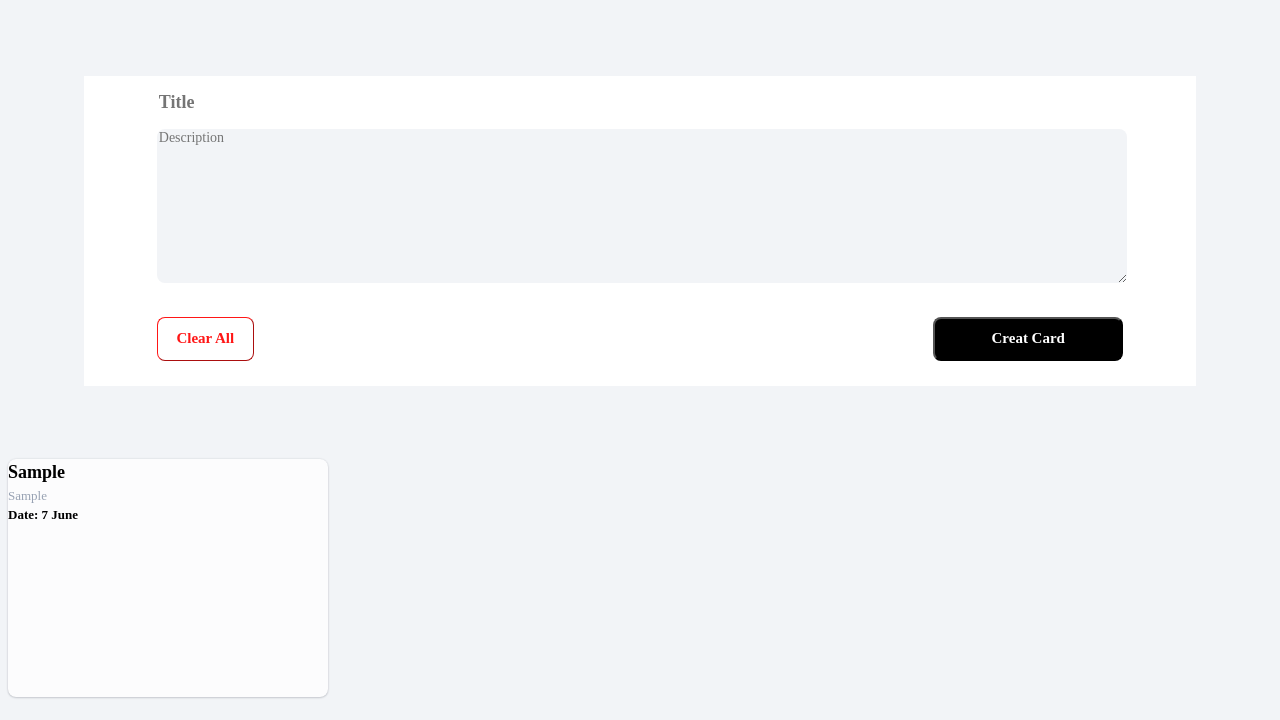
Repository: ReyhanehRahmani/TO-DO
Page: index.html
An editor plug-in stored every save of this project. The page is shown before and after the next save, followed by the edit.
The browser window is 1280 px wide. The pictures show the whole page.
Empty fields were first filled with sample values (such as "Sample", 5 or name@example.com).
After loading, the first visible `#creatbut` was clicked once.

Above is the page before, as saved 2025-06-08 10:32:19.

After the next save:
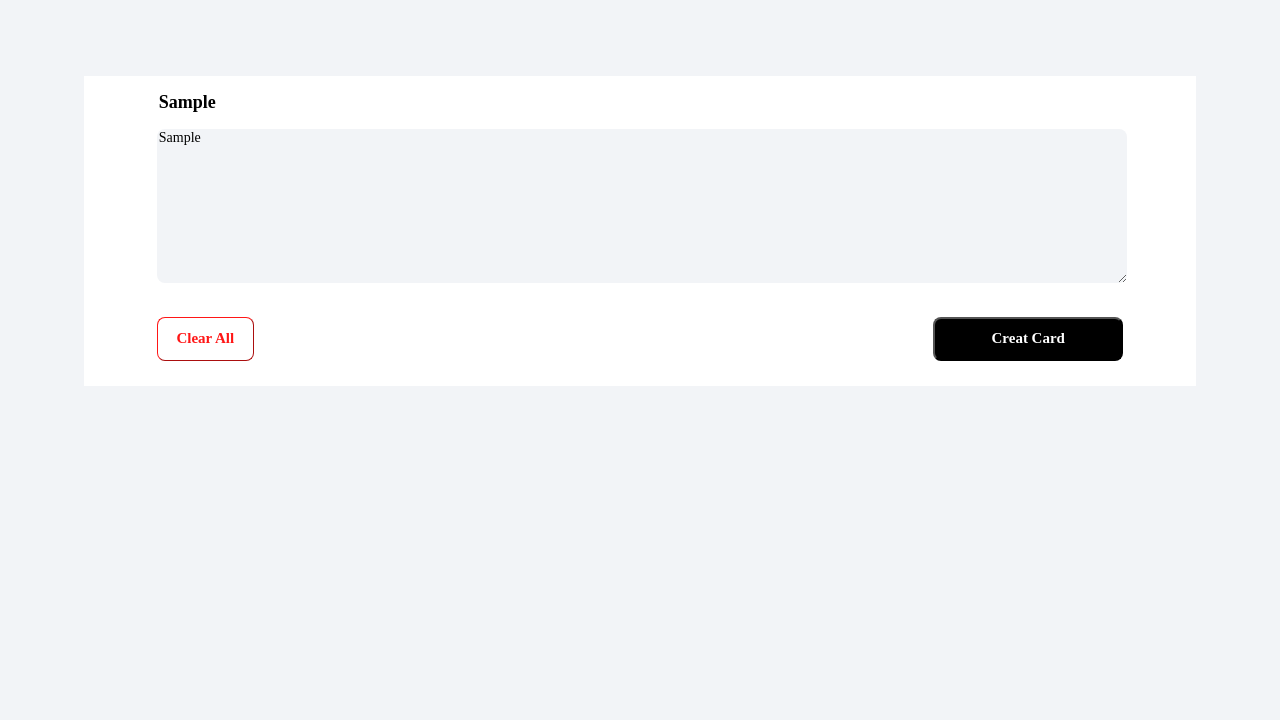
Console error: TypeError: Cannot read properties of null (reading 'appendChild')
Saved 46 s later.
--- a/script.js
+++ b/script.js
@@ -31,7 +31,7 @@ document.getElementById("creatbut").onclick = function () {
     card.appendChild(descElem);
     card.appendChild(dateElem);
 
-    document.getElementById("cards-container").appendChild(card);
+    document.getElementById("cardsContainer").appendChild(card);
 
     document.getElementById("titlebox").value = "";
     document.getElementById("descriptionbox").value = "";

After the 2 saves that followed:
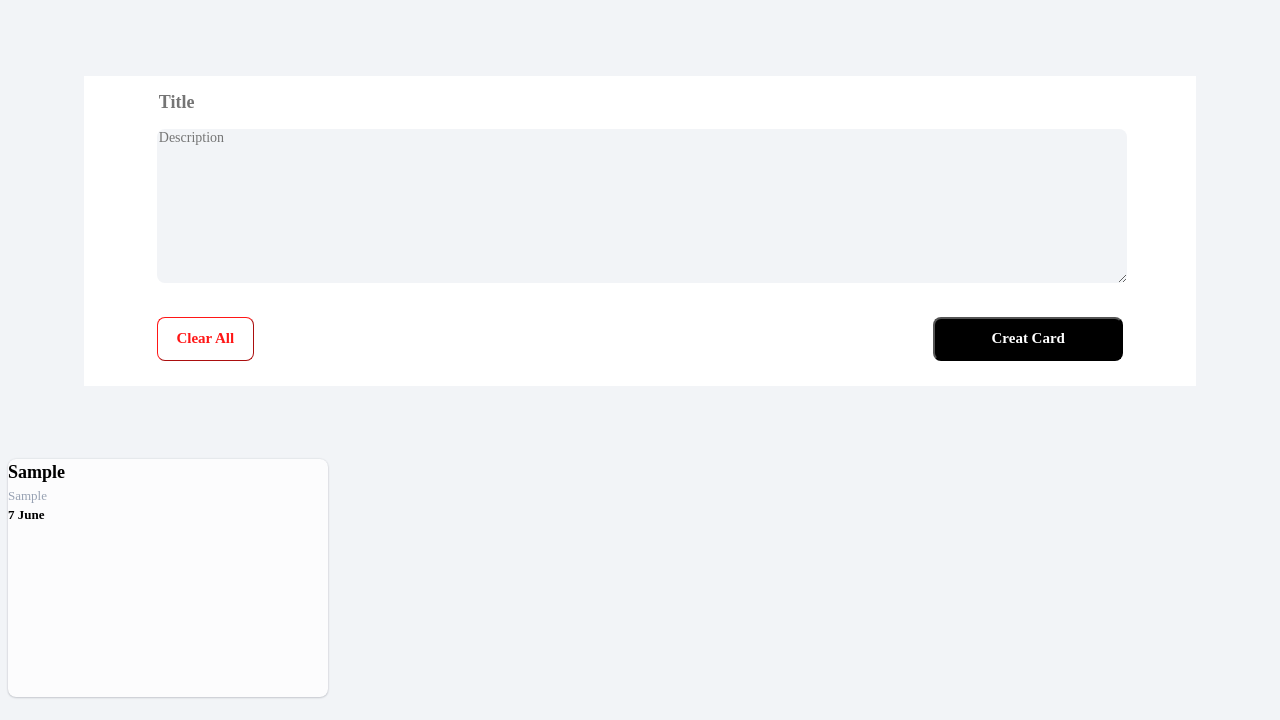
The error is gone.
The 2 saves are shown as one change because 1 left the picture as it was.
The last was saved 35 s later.
--- a/script.js
+++ b/script.js
@@ -25,13 +25,13 @@ document.getElementById("creatbut").onclick = function () {
 
     const formattedDate = day + " " + month;
 
-    dateElem.textContent = "Date: " + formattedDate;
+    dateElem.textContent = formattedDate;
 
     card.appendChild(titleElem);
     card.appendChild(descElem);
     card.appendChild(dateElem);
 
-    document.getElementById("cardsContainer").appendChild(card);
+    document.getElementById("cards-container").appendChild(card);
 
     document.getElementById("titlebox").value = "";
     document.getElementById("descriptionbox").value = "";
